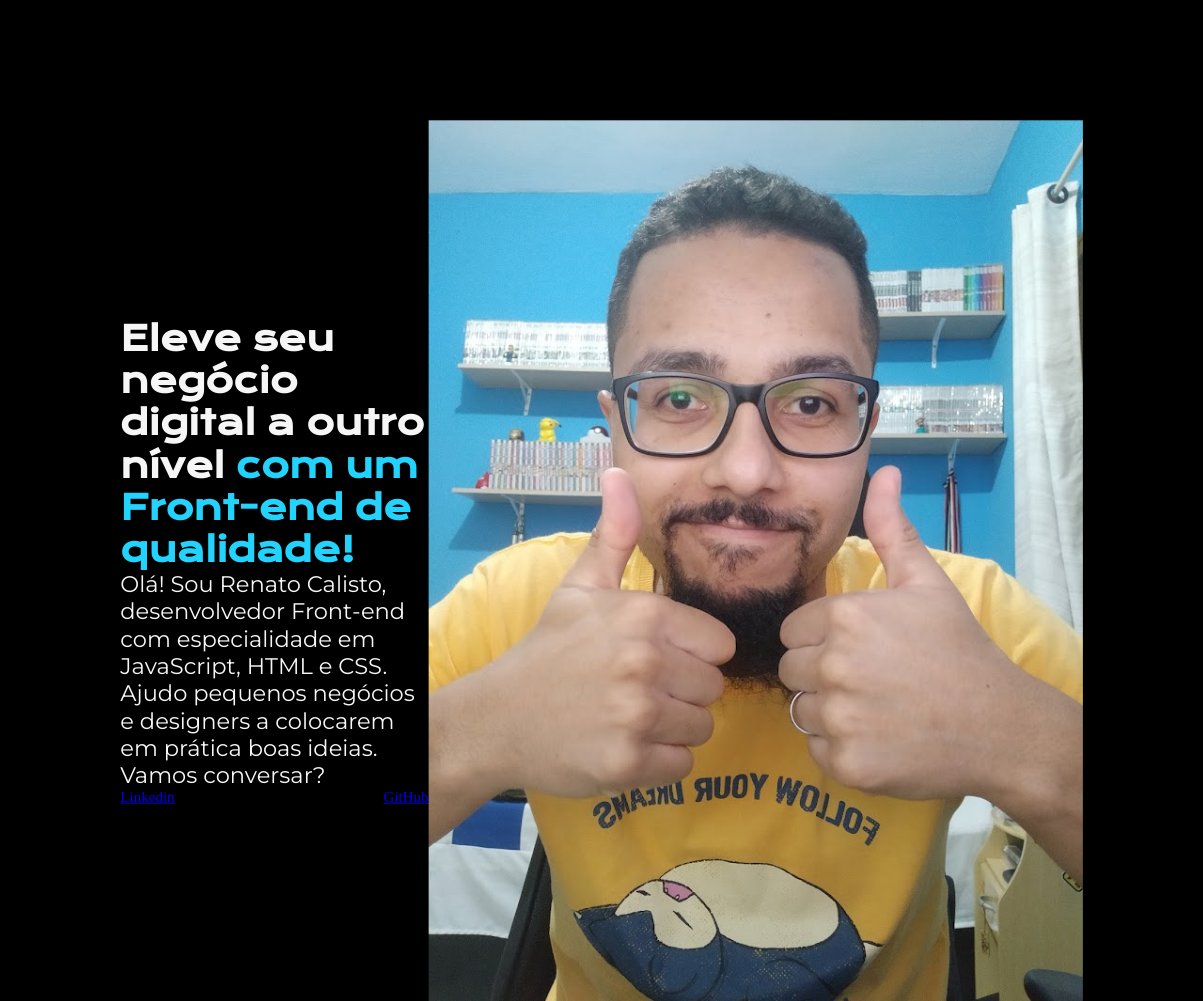
Repository: RenatoCCS/Portfolio_Alura
Page: index.html
An editor plug-in stored every save of this project. The page is shown before and after the next save, followed by the edit.
The browser window is 1280 px wide. The pictures show the whole page, at 94% of full size.

Above is the page before, as saved 2023-02-27 14:42:28.

After the next save:
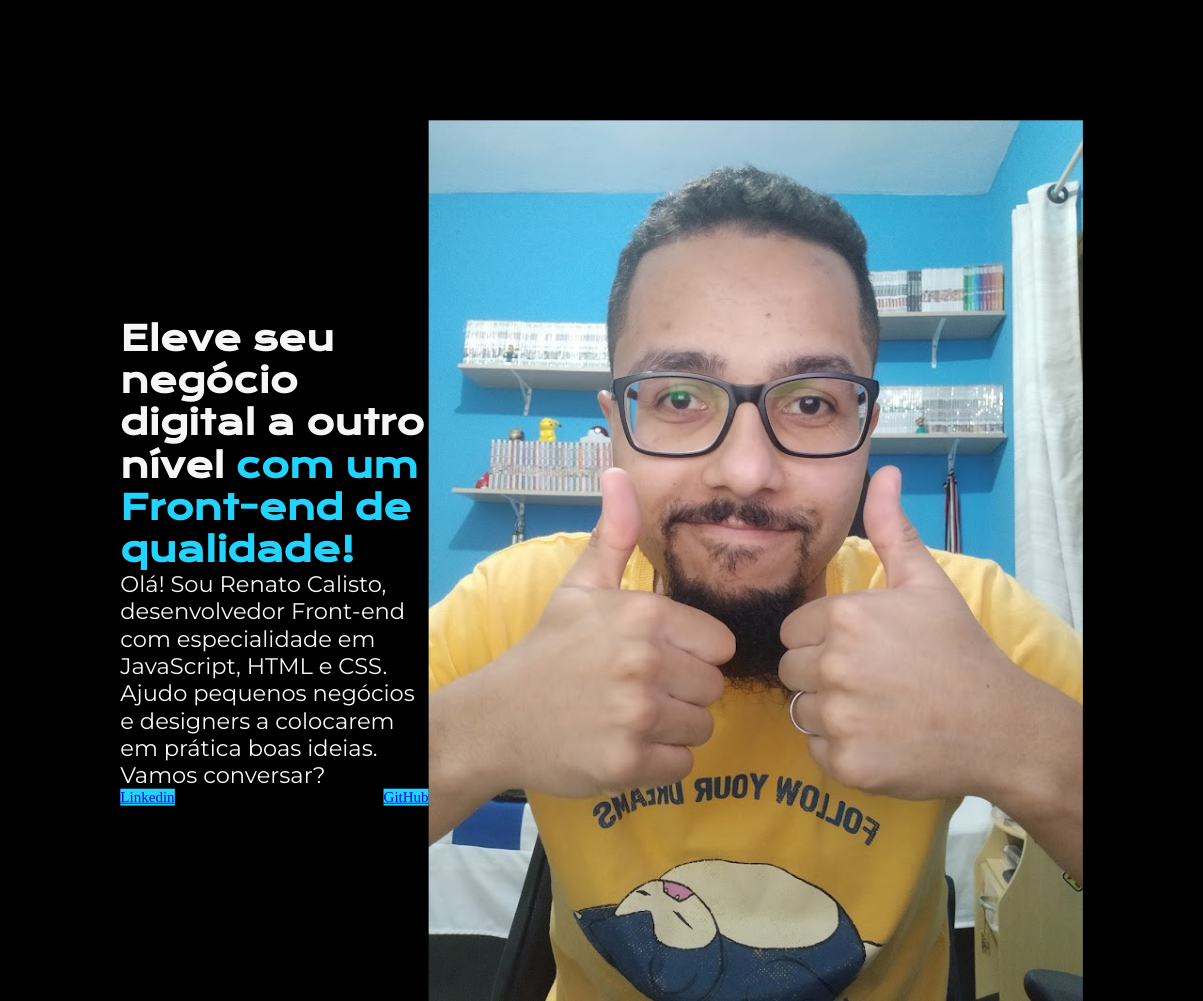
Saved 65 s later.
--- a/style.css
+++ b/style.css
@@ -43,4 +43,5 @@ body {
 }
 
 .aprentacao__links__link {
+  background-color: #22d4fd;
 }
